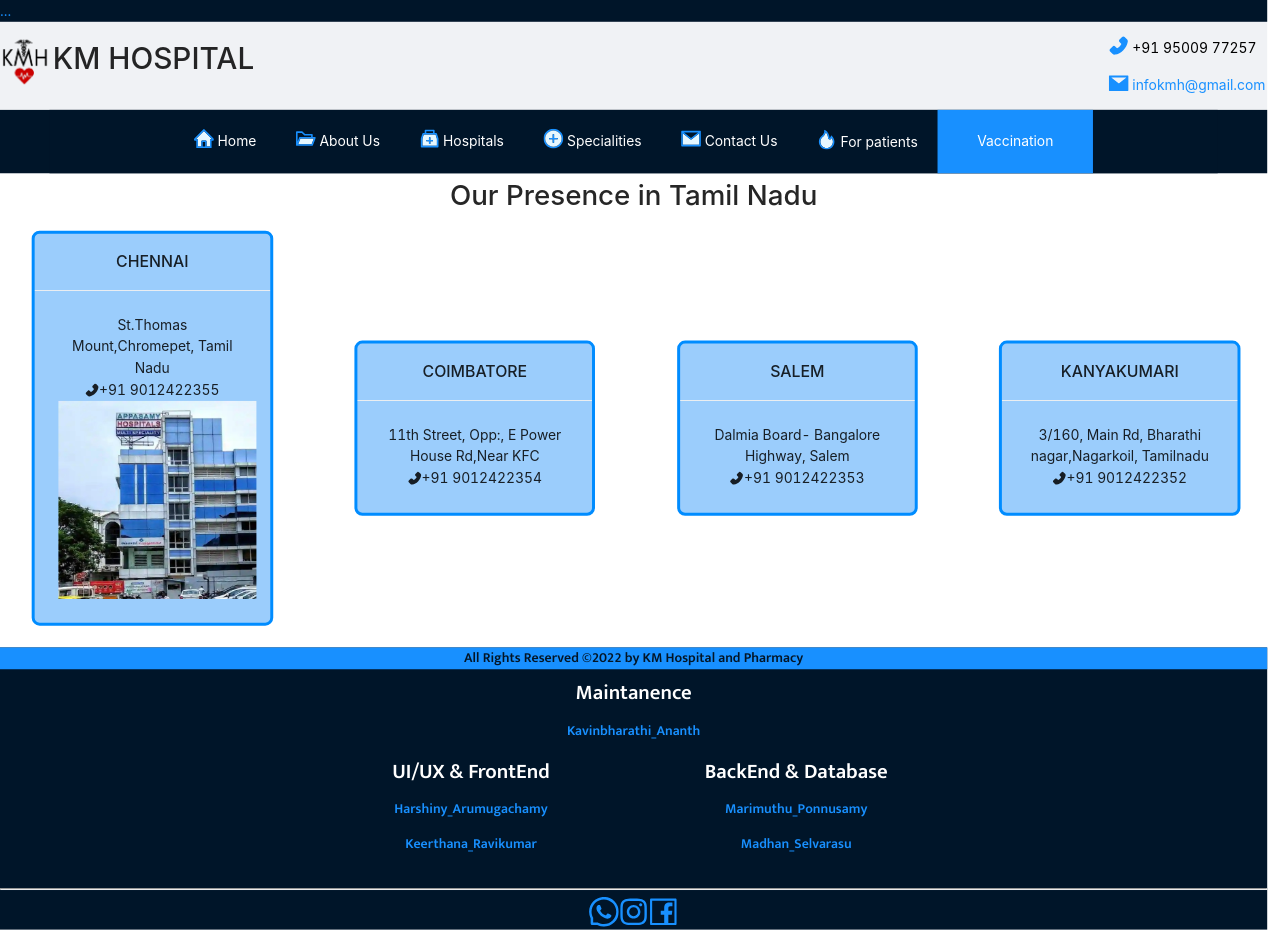
Repository: marimuthu1001/KHM-hospital
Page: /hospitals (app in km-hospital/)
The author's editor kept a copy of each file at every save. The page is drawn from the files as they stood at one save, then again after the next save.
The browser window is 1280 px wide. The page is 1297 px wide, so the pictures cover 1297 px, including what lies to the right of the window. The pictures show the whole page, at 99% of full size.
The project was rebuilt for these pictures with package versions that can differ from the ones it lists, and the page was loaded fresh each time. Also part of the build but not shown: km-hospital/src/firebase.js, km-hospital/src/Pages/Home.jsx, km-hospital/src/Pages/ContactUs.jsx, km-hospital/src/Pages/AboutUS.jsx, km-hospital/src/Styles/Specialities.module.css, km-hospital/src/Pages/Specialities.jsx, km-hospital/src/Pages/For Patients/Bmi_Calculator.jsx, km-hospital/src/Styles/Appointment.module.css and 3 more.

Above is the page before, as saved 2022-01-27 15:18:11.

After the next save:
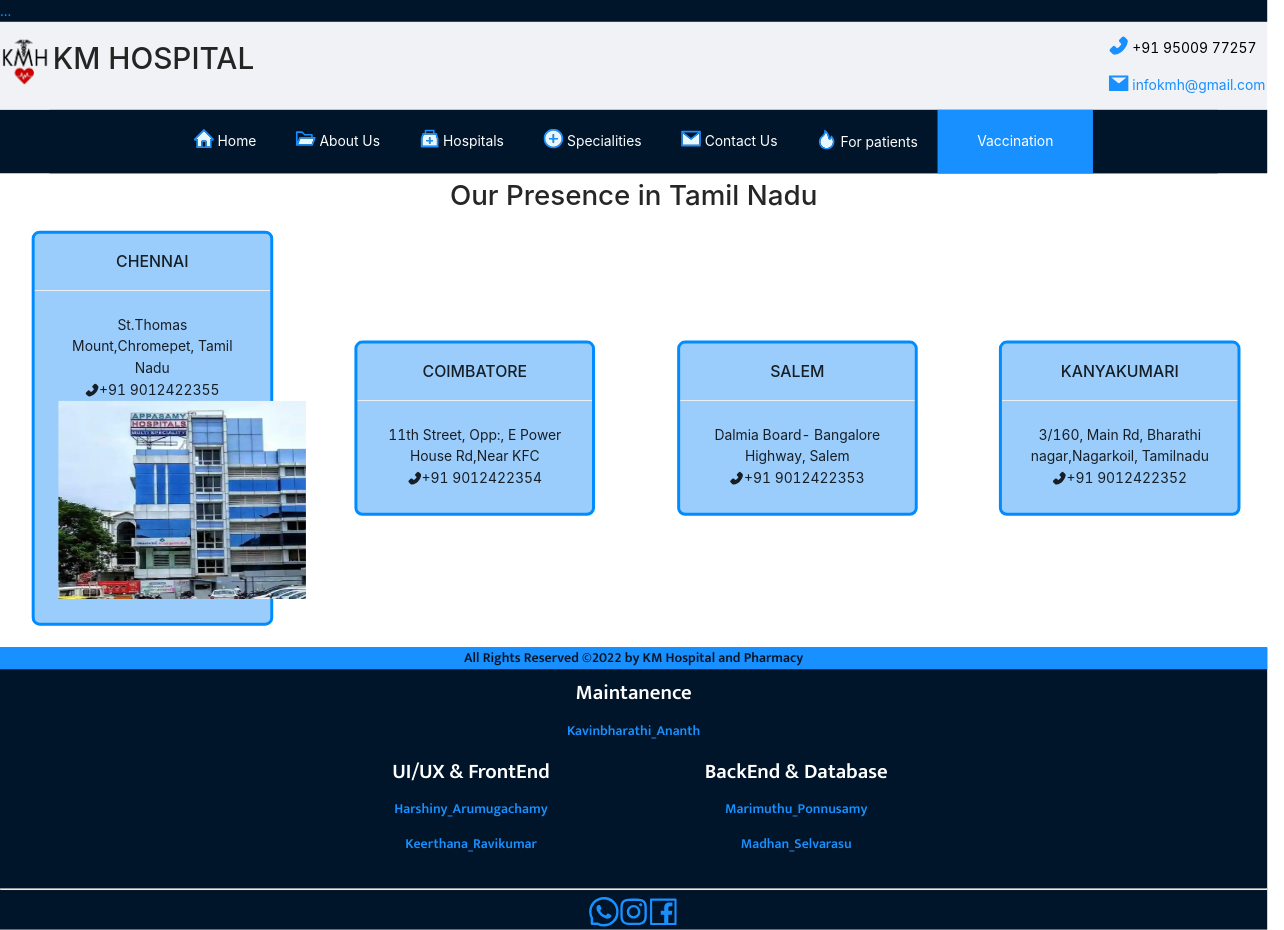
Saved 4 s later.
--- a/km-hospital/src/Pages/Hospitals.jsx
+++ b/km-hospital/src/Pages/Hospitals.jsx
@@ -12,7 +12,7 @@ function Hospitals() {
                         <Col  sm={{span:1}} md={{span:5}}  lg={{span:5}} >
                             <Card className={Styles.card} title="CHENNAI" bordered={true} hoverable={true}>
                             St.Thomas Mount,Chromepet, Tamil Nadu <br/> <PhoneFilled />+91 9012422355
-                            <img src={Img1} alt="Hospital"  width={200} height={200}/>
+                            <img src={Img1} alt="Hospital"  width={250} height={200}/>
                             </Card>
                         </Col>
                         <Col sm={{span:1}} md={{span:5}} lg={{span:5}} >
